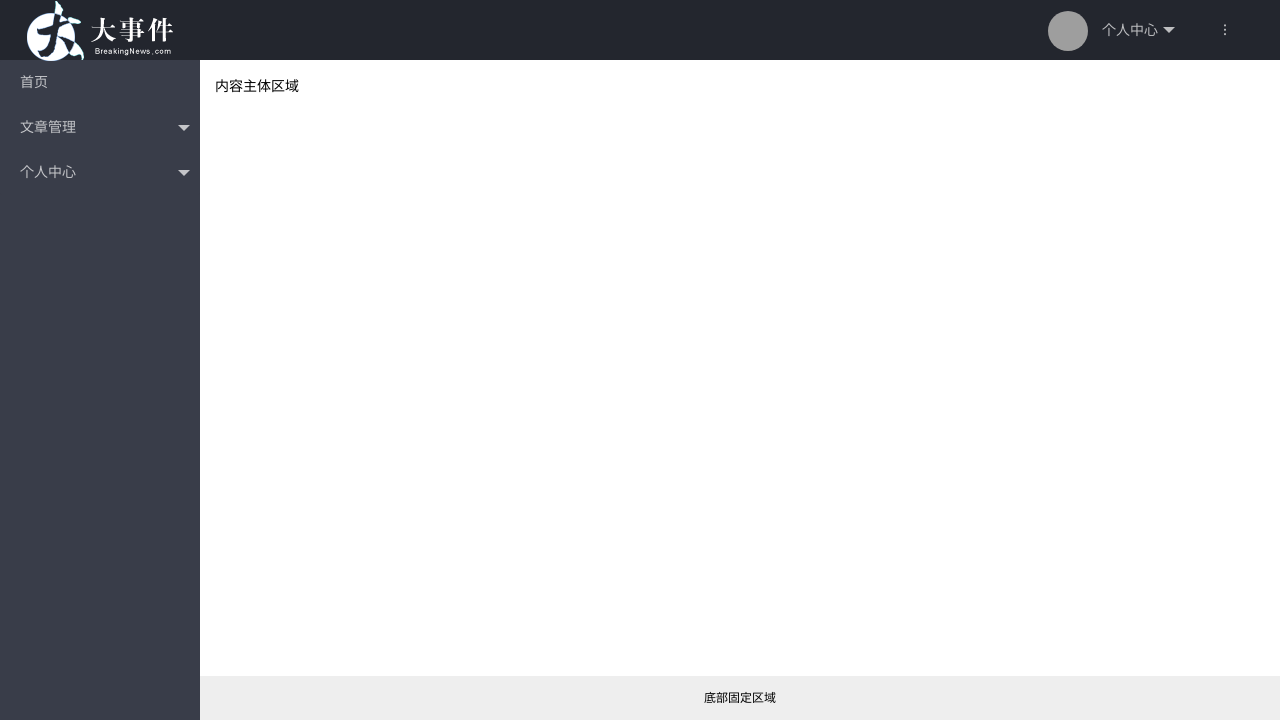
Repository: lithronmatic/web_bigbigevent
Page: index.html
These files come from the project's save history. The page is drawn as it stood at one moment and after the next save; the edit follows.
The browser window is 1280 px wide. The pictures show the whole page.
Pictures or frames that could not be fetched are drawn as grey boxes. The page's requests for data from a server got no answer.

Above is the page before, as saved 2022-09-03 08:54:04.

After the next save:
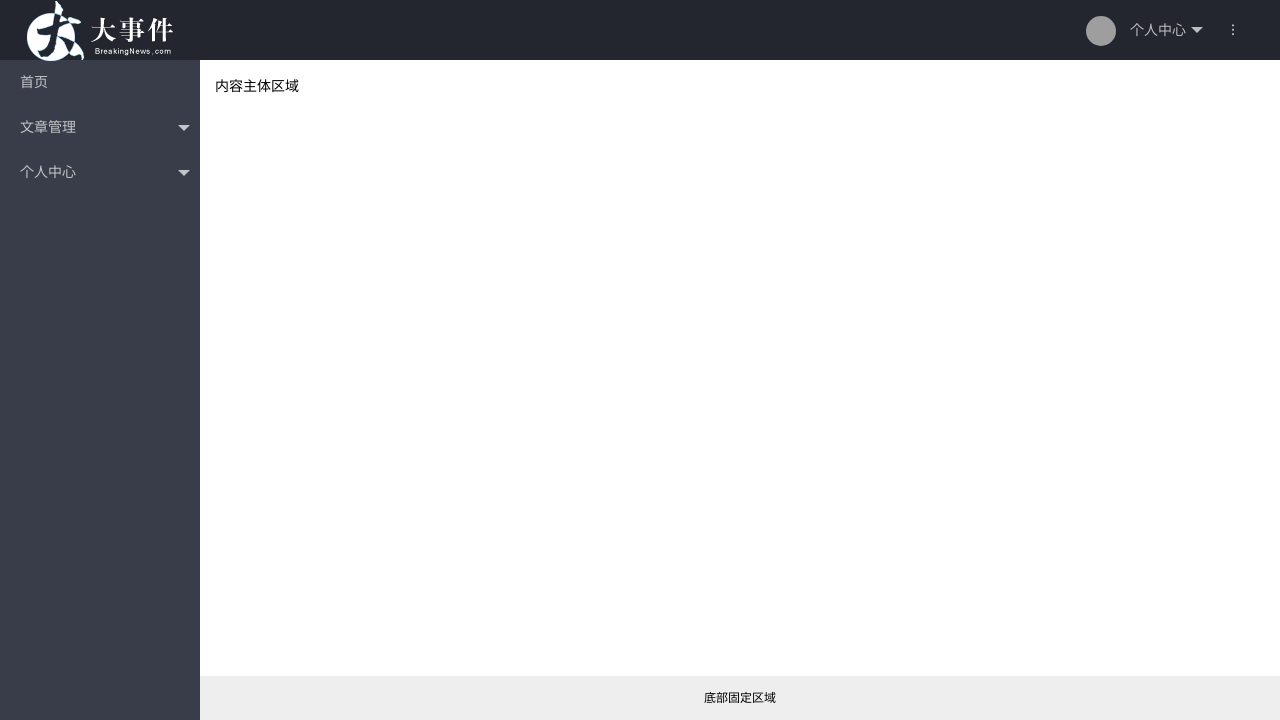
Saved 28 s later.
--- a/assets/css/index.css
+++ b/assets/css/index.css
@@ -1,4 +1,4 @@
-.iconfont{
+/* .iconfont{
     margin-right:8px;
 }
 
@@ -32,10 +32,10 @@ a{
     color:#fff;
     font-size: 12px;
     /* 禁止用户选中 */
-    user-select: none;
-}
+    /* user-select: none;
+} */
 
-.layui-nav-img{
+/* .layui-nav-img{
     width:40px;
     height:40px;
 }
@@ -52,7 +52,7 @@ a{
     position:relative;
     top:4px;
     margin-right: 10px;
-}
+}  */
 
 .layui-footer{
     text-align: center;
